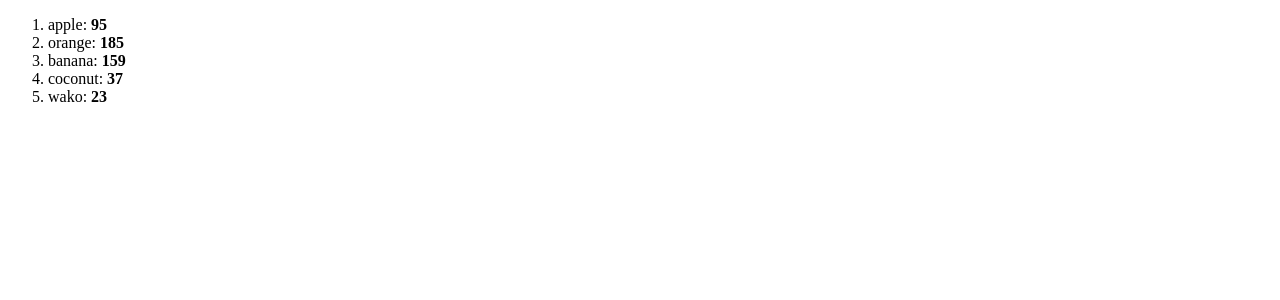
Repository: wakoya-tech/my-react-practice
Page: /
These files come from the project's save history. The page is drawn as it stood at one moment and after the next save; the edit follows.
The browser window is 1280 px wide. The pictures show the whole page.
The project was rebuilt for these pictures with package versions that can differ from the ones it lists, and the page was loaded fresh each time. Also part of the build but not shown: vite.config.js, src/index.css.

Above is the page before, as saved 2025-10-01 16:41:05.

After the next save:
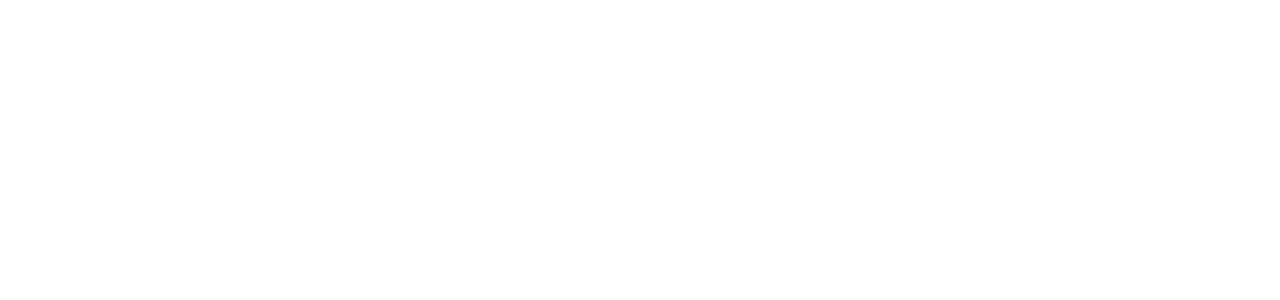
Console error: ReferenceError: fruits is not defined
Saved 5 min 15 s later.
--- a/src/List.jsx
+++ b/src/List.jsx
@@ -1,10 +1,5 @@
 function List(props) {
-    const fruits = [
-      {id: 1, name: "apple", calories: 95 },
-      {id: 2, name: "orange", calories: 185 },
-      {id: 3, name: "banana", calories: 159 },
-      {id: 4, name: "coconut", calories: 37 }
-    ];
+
         fruits.push({ id: 5, name: props.name, calories: props.calories });
 
    //fruits.sort((a,b)=> a.calories - b.calories);
@@ -12,18 +7,24 @@
    //fruits.sort((a,b)=>b.calories-a.calories);
    //const localFruits = fruits.filter(fruit =>fruit.calories<100)
 //   const Highcalfruits =fruits.filter((fruit=>fruit.calories > 100));
-   const listItems =fruits.map(fruit=><li key={fruit.id}>{fruit.name}:&nbsp;
+   const itemList =props;
+   const category = props.category;
+   const listItems =itemList.map(item=><li key={item.id}>{item.name}:&nbsp;
    {
    <b>
-   {fruit.calories}
+   {item.calories}
    </b>
    }</li>);
 
 
     return (
-      <ol>
+        <>
+        <ol>
         {listItems}
       </ol>
+      <h3>{category}</h3>
+        </>
+
     );
   }
 

After the 4 saves that followed:
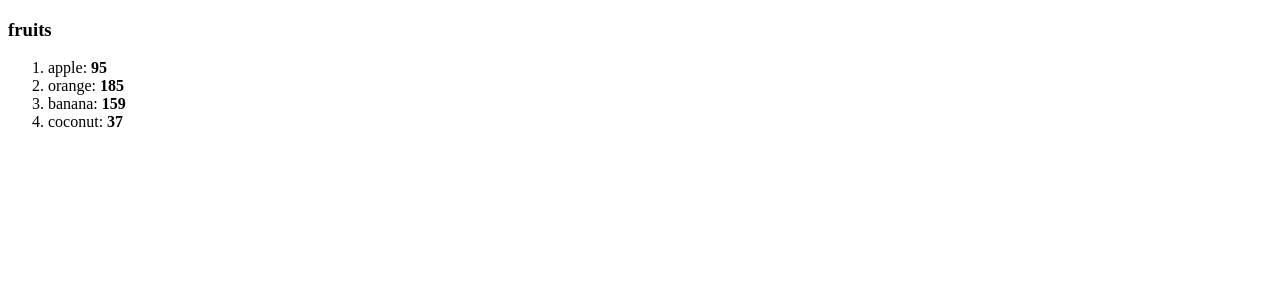
The error is gone.
The 4 saves are shown as one change because 1 did not build or start and 2 left the picture as it was.
The last was saved 8 min 53 s later.
--- a/src/List.jsx
+++ b/src/List.jsx
@@ -1,30 +1,20 @@
 function List(props) {
+    const itemList = props.items;   // ✅ Correct: items is the array
+    const category = props.category;
 
-        fruits.push({ id: 5, name: props.name, calories: props.calories });
-
-   //fruits.sort((a,b)=> a.calories - b.calories);
-   // fruits.sort((a, b) => b.name.localeCompare(a.name));
-   //fruits.sort((a,b)=>b.calories-a.calories);
-   //const localFruits = fruits.filter(fruit =>fruit.calories<100)
-//   const Highcalfruits =fruits.filter((fruit=>fruit.calories > 100));
-   const itemList =props;
-   const category = props.category;
-   const listItems =itemList.map(item=><li key={item.id}>{item.name}:&nbsp;
-   {
-   <b>
-   {item.calories}
-   </b>
-   }</li>);
-
+    const listItems = itemList.map(item => (
+      <li key={item.id}>
+        {item.name}: <b>{item.calories}</b>
+      </li>
+    ));
 
     return (
-        <>
+      <>
+        <h3>{category}</h3>
         <ol>
-        {listItems}
-      </ol>
-      <h3>{category}</h3>
-        </>
-
+          {listItems}
+        </ol>
+      </>
     );
   }
 
